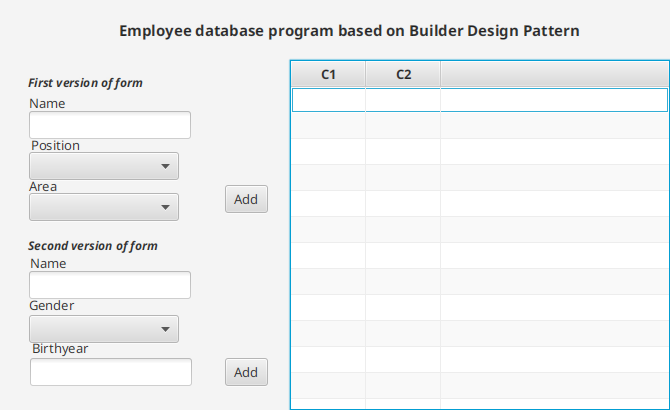
Repository: DanielCsonka987/JavaPrograms_programPatterns
Program's window: java OOP_ProgPat_Builder/src/application/Main.java
An editor plug-in stored every save of this project. The program's window is shown before and after the next save, followed by the edit.
It runs on Java 21 on a 1366 x 768 screen with JavaFX 11; the title bar is not drawn.

Above is the program's window before, as saved 2019-10-21 12:04:35.

After the next save:
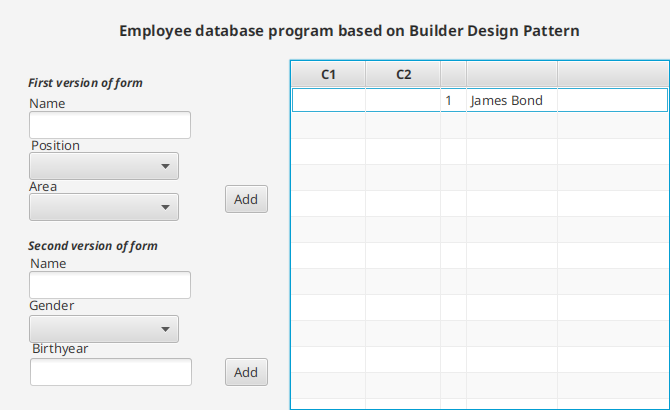
Saved 2 min 2 s later.
--- a/OOP_ProgPat_Builder/src/application/MainWindowController.java
+++ b/OOP_ProgPat_Builder/src/application/MainWindowController.java
@@ -81,6 +81,7 @@
 		areas = new TableColumn<Employee, String>();
 		areas.setCellValueFactory(c -> c.getValue().getAreaProp());
 
+		tableEmployee.getColumns().addAll(ids, names);
 		tableEmployee.setItems(list);
 	}
 
